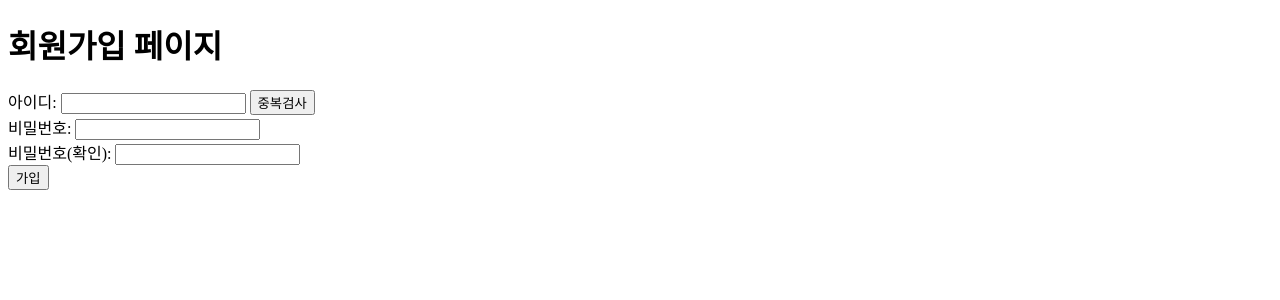
Repository: rmh6363/javastudy
Page: HelloWorld/WebContent/d.html
The author's editor kept a copy of each file at every save. The page is drawn from the files as they stood at one save, then again after the next save.
The browser window is 1280 px wide. The pictures show the whole page.

Above is the page before, as saved 2020-12-04 07:11:00.

### HelloWorld/WebContent/d.html
<!DOCTYPE html>
<html>
<head>
<meta charset="UTF-8">
<title>Insert title here</title>
</head>
<body>
<h1>회원가입 페이지</h1>

<form action="a.html" method="post">
<label for="id">아이디: </label>
<input id ="id" name="id"> <button>중복검사</button>
<br>
<label for="pw1">비밀번호: </label>
<input id = "pw1" type="password" name = "pw1">
<br>
<label for="pw2">비밀번호(확인): </label>
<input id = "pw2" type="password" name = "pw2">
<br>




<input type="submit" value="가입">

</form>
</body>
</html>

After the next save:
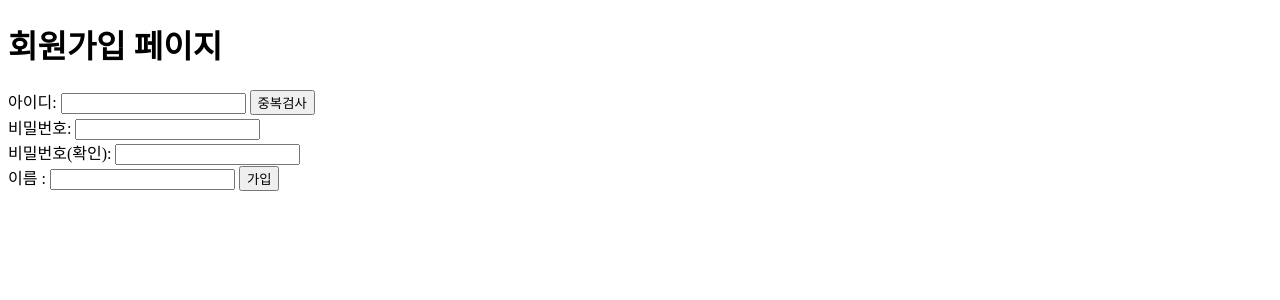
Saved 4 min 4 s later.
--- a/HelloWorld/WebContent/d.html
+++ b/HelloWorld/WebContent/d.html
@@ -17,6 +17,8 @@
 <label for="pw2">비밀번호(확인): </label>
 <input id = "pw2" type="password" name = "pw2">
 <br>
+<label for="name">이름 : </label>
+<input id="name"  name = "name">
 
 
 
